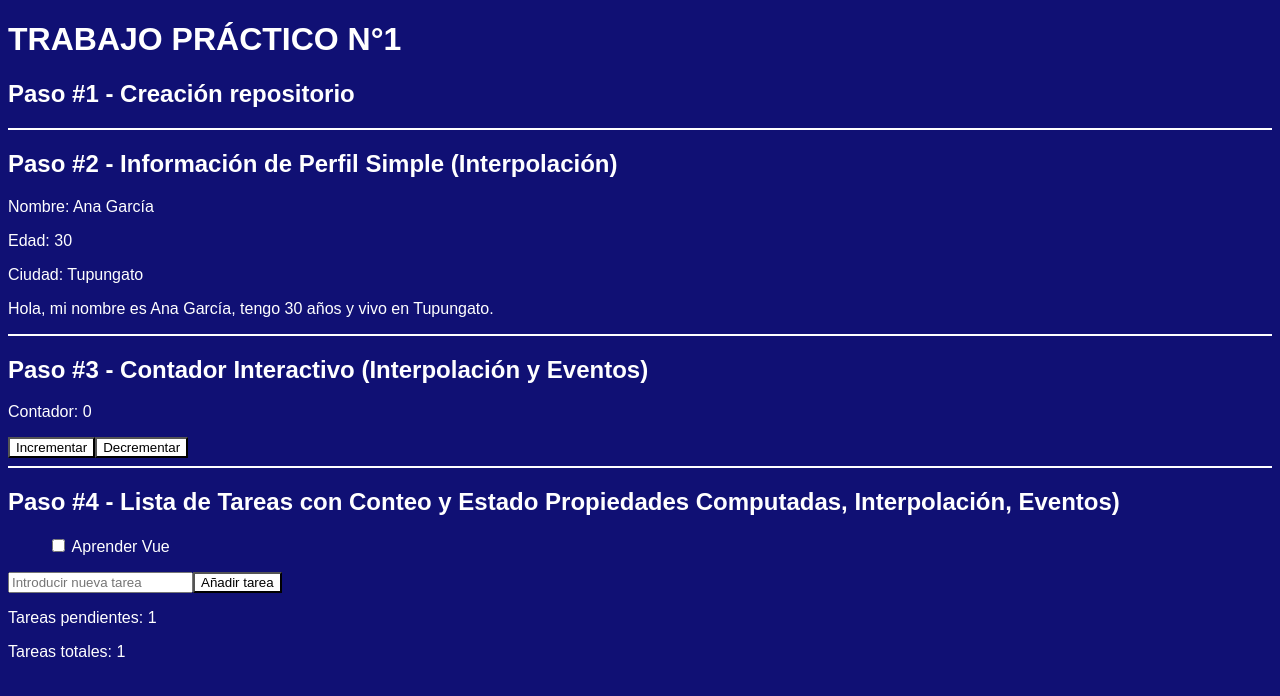
Repository: SofiaSferco/PWA
Page: practico01/index.html
These files come from the project's save history. The page is drawn as it stood at one moment and after the next save; the edit follows.
The browser window is 1280 px wide. The pictures show the whole page.

Above is the page before, as saved 2025-10-03 14:02:32.

After the next save:
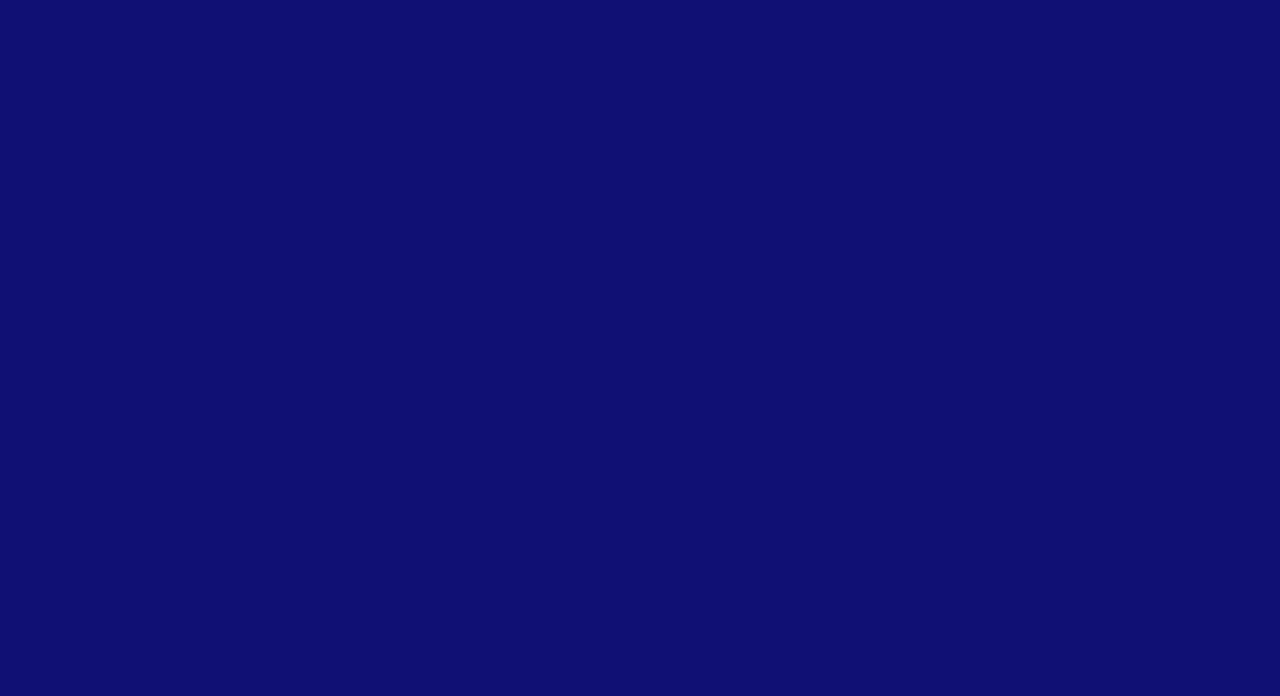
Console error: SyntaxError: Unexpected token ')'
Saved 4 s later.
--- a/practico01/index.html
+++ b/practico01/index.html
@@ -23,7 +23,7 @@
         <hr>
         <h2>{{cuartopaso}}</h2>
         <ul>
-            <li v-for="tarea in tareas" :key="tarea.id" ><input type="checkbox" v-model="tarea.completada"> {{tarea.texto}}</li>
+            <li v-for="tarea in tareas" :key="tarea.id" :class=""><input type="checkbox" v-model="tarea.completada"> {{tarea.texto}}</li>
         </ul>
         <input v-model="nuevaTarea" placeholder="Introducir nueva tarea">
         <button @click="agregarTarea">Añadir tarea</button>

After the save that followed:
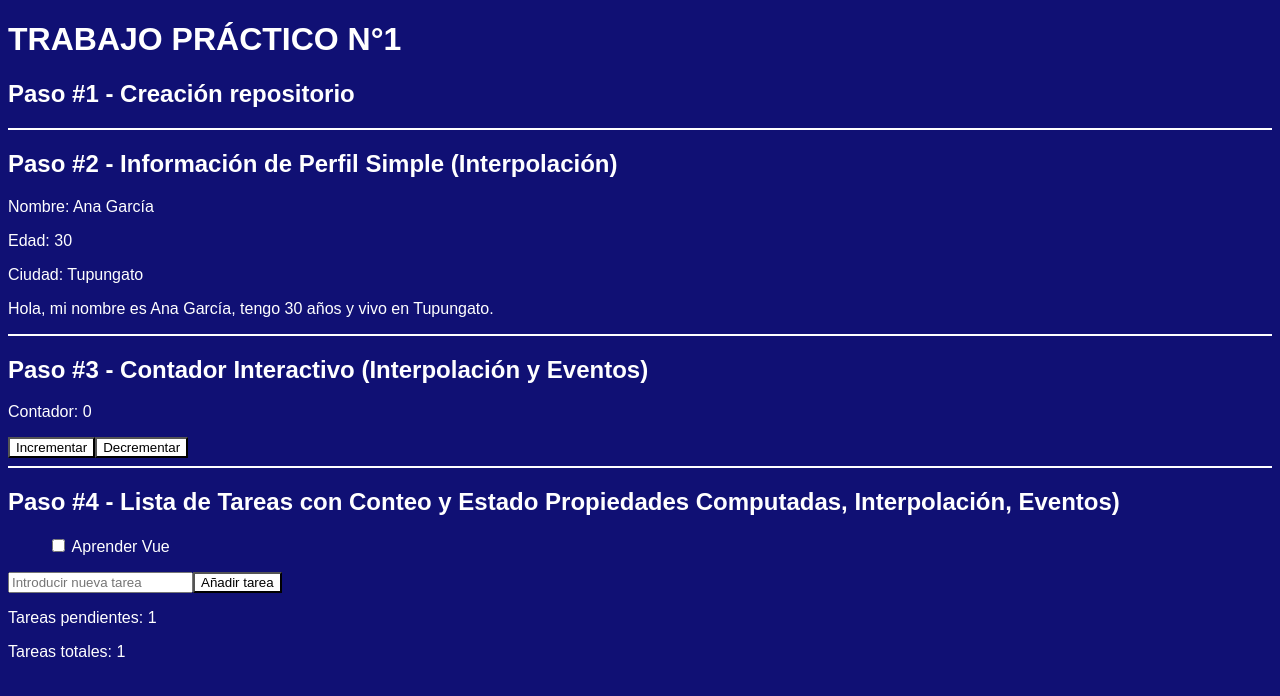
The error is gone.
Saved 6 s later.
--- a/practico01/index.html
+++ b/practico01/index.html
@@ -23,7 +23,7 @@
         <hr>
         <h2>{{cuartopaso}}</h2>
         <ul>
-            <li v-for="tarea in tareas" :key="tarea.id" :class=""><input type="checkbox" v-model="tarea.completada"> {{tarea.texto}}</li>
+            <li v-for="tarea in tareas" :key="tarea.id" :class="{}"><input type="checkbox" v-model="tarea.completada"> {{tarea.texto}}</li>
         </ul>
         <input v-model="nuevaTarea" placeholder="Introducir nueva tarea">
         <button @click="agregarTarea">Añadir tarea</button>
